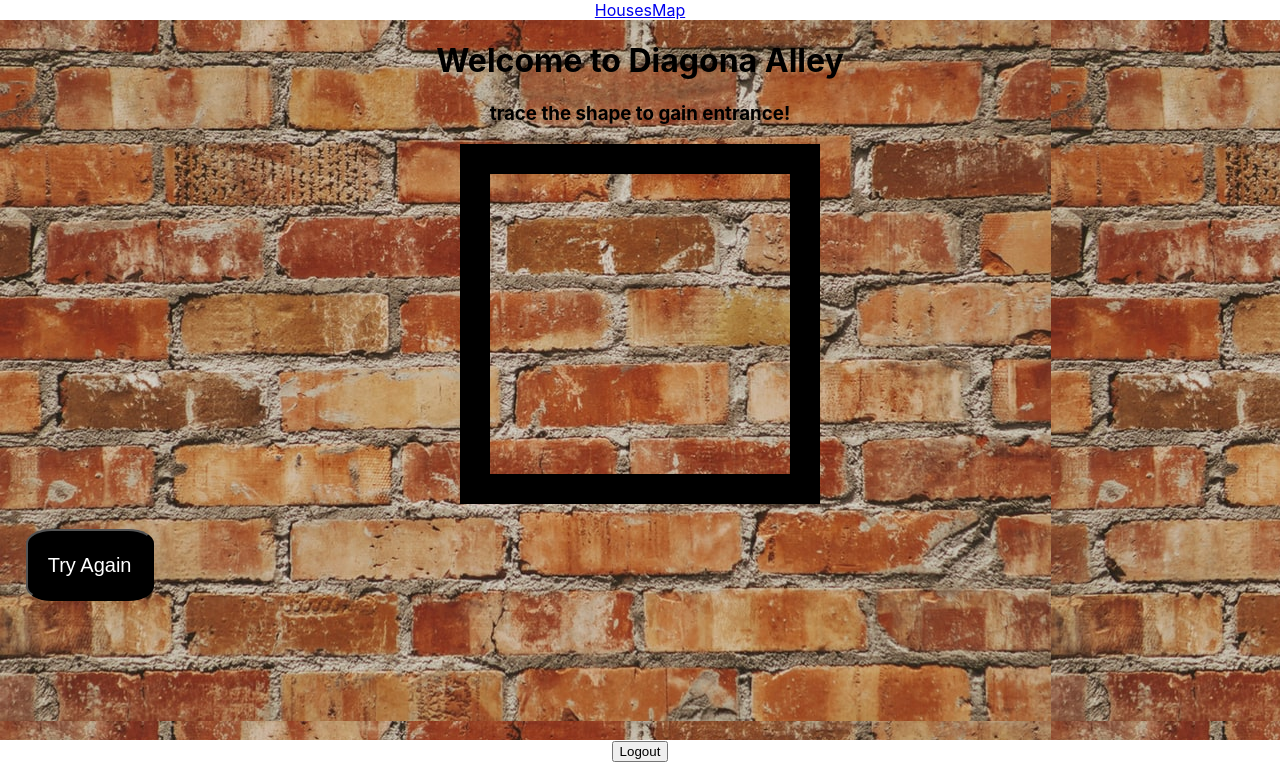
Repository: Brandon205/PotterGo
Page: /houses (app in client/)
An editor plug-in stored every save of this project. The page is shown before and after a run of saves, followed by the edit.
The browser window is 1280 px wide. The pictures show the whole page.
The project was rebuilt for these pictures with package versions that can differ from the ones it lists, and the page was loaded fresh each time. A package was used in the major version that the imports need, not the one package.json lists. Also part of the build but not shown: client/src/Homepage.jsx, client/src/Signup.js, client/src/Login.js, client/src/LoginPage.jsx, client/src/WandGenerator.jsx.

Above is the page before, as saved 2019-11-21 15:54:51.

### client/src/App.js
import React from 'react';
import './App.css';
import Axios from 'axios';
import {
  BrowserRouter as Router,
  Route,
  Link,
} from 'react-router-dom';
import DiagonAlley from './DiagonAlley';
import Homepage from './Homepage';
import LoginPage from './LoginPage';
import WandGenerator from './WandGenerator';

class App extends React.Component {
  state = {
    token: '',
    user: null,
    errorMessage: '',
    lockedResult: '',
    redirect: ''
  }

  checkForLocalToken = () => {
    // Look in LS for localtoken
    let token = localStorage.getItem('mernToken');
    if (!token || token === 'undefined') {
      // if no taken, remove all evidence of mernToken from LS and state
      localStorage.removeItem('mernToken');
      this.setState({ token: '', user: null });
    } else {
      // if token, verify token on backend
      Axios.post('/auth/me/from/token', { token })
      .then(res => {
        if (res.data.type === 'error') {
          localStorage.removeItem('mernToken');
          this.setState({ token: '', user: null, errorMessage: res.data.message });
        } else {
          // if verified store it back in LS and state
          localStorage.setItem('mernToken', res.data.token);
          this.setState({ token: res.data.token, user: res.data.user });
        }
      })
    }
  }

  componentDidMount = () => {
    this.checkForLocalToken()
  }

  liftToken = ({token, user}) => {
    this.setState({ token, user });
  }

  logout = () => {
    localStorage.removeItem('mernToken');
    this.setState({ token: '', user: null });
  }

  render() {
    return (
      <Router>
        <div className="App">
          <Link to='/houses'>Houses</Link>
          <Link to='/map'>Map</Link>
          <Route exact path='/' render={ () => <LoginPage liftToken={this.liftToken}/>}/>
          <Route exact path='/map' component={Homepage}/>
          <Route exact path='/houses' component={DiagonAlley}/>
          <Route exact path='/wand' component={WandGenerator}/>
          <button onClick={this.logout}>Logout</button>
        </div>
      </Router>
    );
  }
}

export default App;

### client/src/App.css
.App {
  text-align: center;
}

.App-logo {
  height: 40vmin;
}

.App-header {
  background-color: #282c34;
  min-height: 100vh;
  display: flex;
  flex-direction: column;
  align-items: center;
  justify-content: center;
  font-size: calc(10px + 2vmin);
  color: white;
}

.App-link {
  color: #09d3ac;
}

.backgroundDiv {
  display: flex;
  flex-flow: column;
  height: 100vh;
  width: 100vw;
  background-image: url('brick.jpg');
}

.container {
  display: flex;
  align-content: center;
  justify-content: center;
}

.diagonDiv {
  height: 300px;
  width: 300px;
  border: 30px solid black;
}

.innerDiv {
  height: 300px;
  width: 300px;
}

.tryAgain {
  margin: 2%;
  width: 10vw;
  height: 10vh;
  border-radius: 20%;
  background: black;
  font-size: 20px;
  color: white;
}

### client/src/DiagonAlley.jsx
import React, { useState, useEffect } from 'react'
import axios from 'axios'

function DiagonAlley () {
    const [X, setX] = useState(0)
    const [Y, setY] = useState(0)
    const [breaking, setBreaking] = useState(false)
    const [youFaileda, setyouFaileda] = useState('')

    function onMouseMove (event)  {
        setX(event.screenX)
        setY(event.screenY)
        console.log(X, Y)
    }

    function onMouseMoveTwo (event)  {
        setBreaking(true)
        setyouFaileda('The wall stays solid! Please try again!')
        console.log('You have failed')
    }

    function onClick (event) {

    }

    var youFailed;
    var youFailedFinal;
    if (breaking) {
        youFailed = youFaileda
        youFailedFinal = <h3>{youFailed}</h3>
    } else {
        youFailed = ''
    }
    return (
        <div className='backgroundDiv'>
            <div>
                <h1>Welcome to Diagona Alley</h1>
                <h3>trace the shape to gain entrance!</h3>
            </div>
            <div className='container'>
                <div onMouseMove={onMouseMove} className='diagonDiv'>
                <div onMouseDown={onMouseMoveTwo} className='innerDiv'></div>
                </div>
            </div>
            {youFailedFinal}
            <button onClick={onClick} className='tryAgain'>Try Again</button>
        </div>
    )
}

export default DiagonAlley

Loaded but not shown: client/public/index.html (common file); client/src/index.js (common file); client/src/index.css (common file); client/src/serviceWorker.js (common file)

After the next 2 saves:
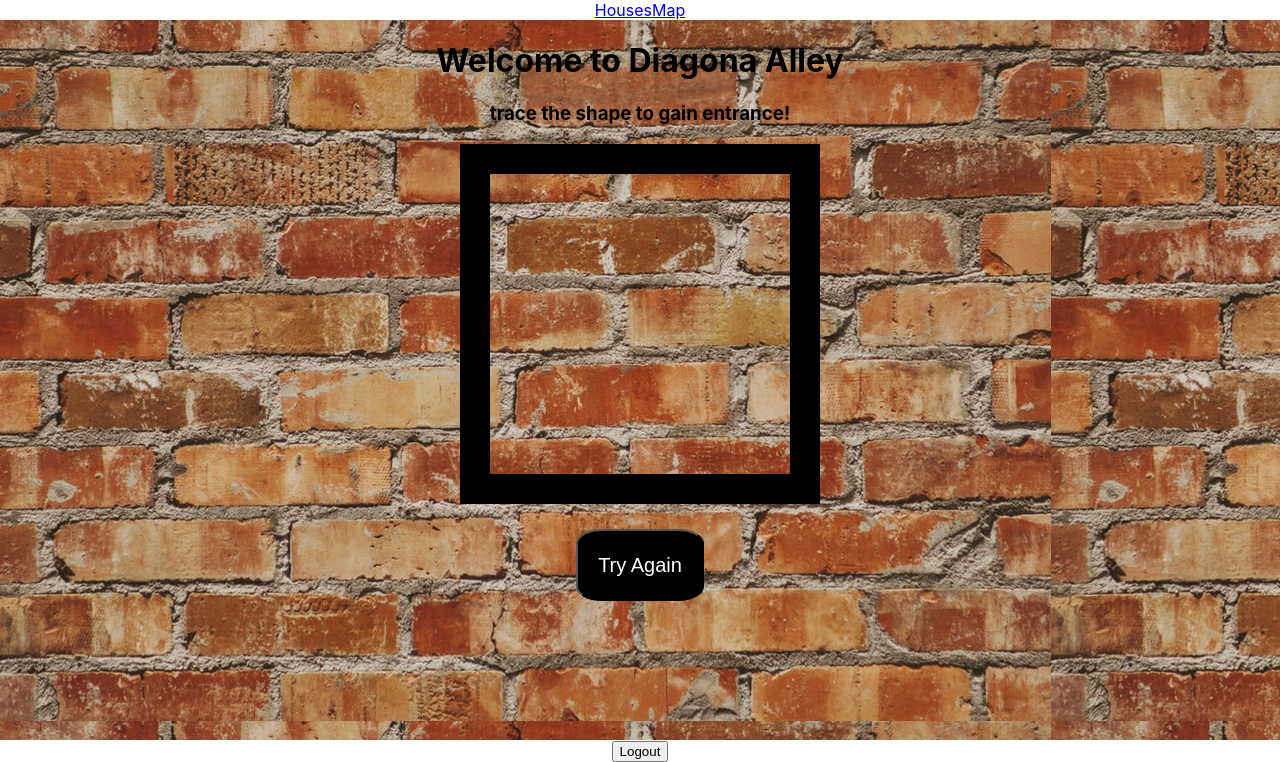
The 2 saves are shown as one change because they came seconds apart.
The last was saved 20 s later.
--- a/client/src/DiagonAlley.jsx
+++ b/client/src/DiagonAlley.jsx
@@ -42,8 +42,10 @@
                 <div onMouseDown={onMouseMoveTwo} className='innerDiv'></div>
                 </div>
             </div>
-            {youFailedFinal}
-            <button onClick={onClick} className='tryAgain'>Try Again</button>
+            <div>
+                {youFailedFinal}
+                <button onClick={onClick} className='tryAgain'>Try Again</button>
+            </div>
         </div>
     )
 }
